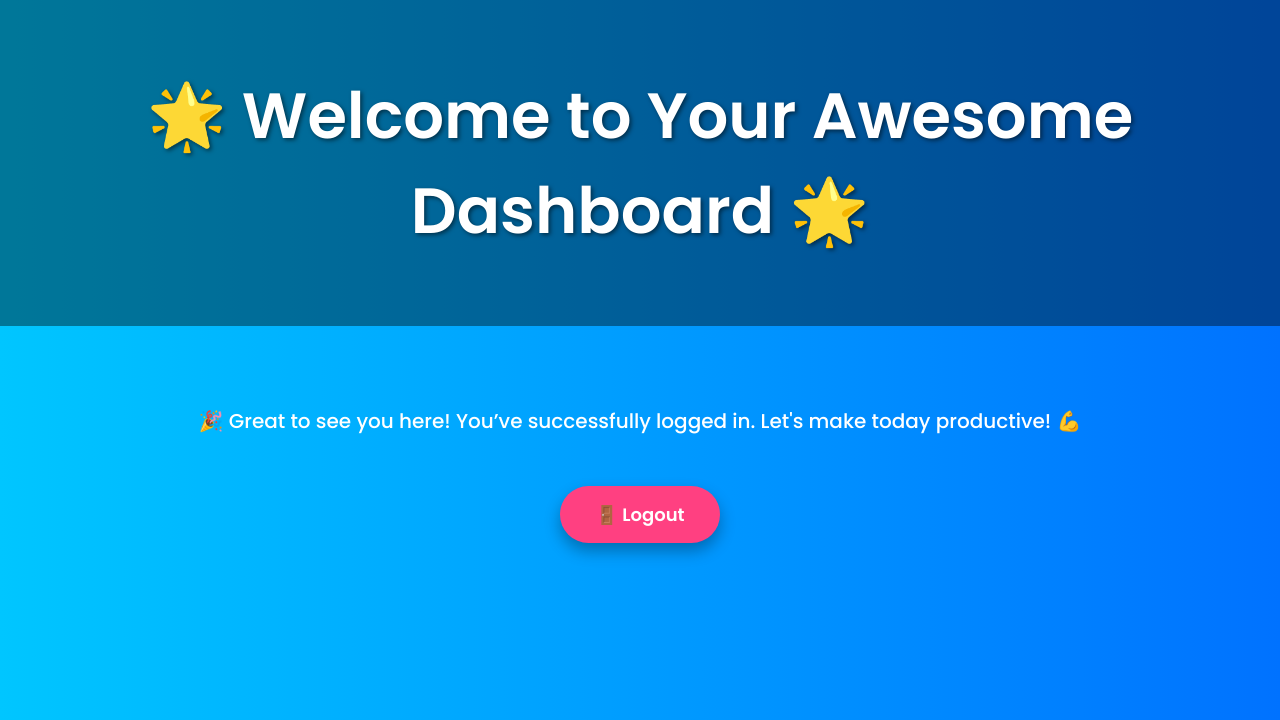
Repository: aakanksha4a/HoneySecure
Page: http://localhost/HoneySecure/welcome.jsp
The author's editor kept a copy of each file at every save. The page is drawn from the files as they stood at one save, then again after the next save.
The browser window is 1280 px wide. The pictures show the whole page.
The page is served by Tomcat 10.

Above is the page before, as saved 2025-04-21 08:36:37.

After the next save:
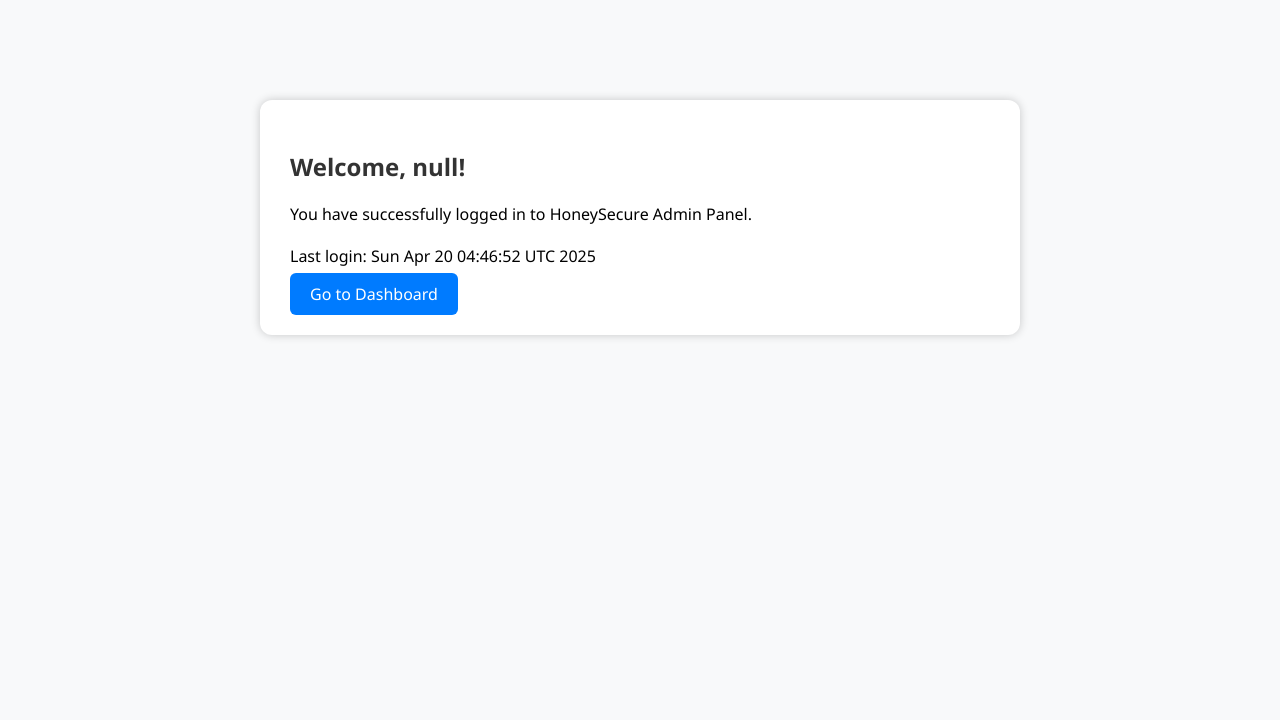
Saved 7 h 55 min later.
--- a/HoneySecure/src/main/webapp/welcome.jsp
+++ b/HoneySecure/src/main/webapp/welcome.jsp
@@ -1,74 +1,44 @@
-<%@ page contentType="text/html; charset=UTF-8" language="java" %>
-<html lang="en">
+<%@ page contentType="text/html;charset=UTF-8" %>
+<%@ page import="java.util.Date" %>
+<!DOCTYPE html>
+<html>
 <head>
-    <meta charset="UTF-8">
-    <meta name="viewport" content="width=device-width, initial-scale=1.0">
-    <title>Welcome</title>
+    <title>Welcome | HoneySecure Dashboard</title>
     <style>
-        @import url('https://fonts.googleapis.com/css2?family=Poppins:wght@500;600&display=swap');
-
         body {
-            font-family: 'Poppins', sans-serif;
-            background: linear-gradient(to right, #00c6ff, #0072ff);
-            margin: 0;
-            padding: 0;
+            font-family: 'Segoe UI', Tahoma, Geneva, Verdana, sans-serif;
+            background-color: #f8f9fa;
+        }
+        .container {
+            max-width: 700px;
+            margin: 100px auto;
+            padding: 30px;
+            background: #fff;
+            border-radius: 12px;
+            box-shadow: 0 0 10px rgba(0,0,0,0.2);
+        }
+        h2 {
+            color: #333;
+        }
+        .info {
+            margin-top: 20px;
+        }
+        .button {
+            background-color: #007bff;
             color: white;
-            animation: fadeIn 1.2s ease-in;
-        }
-
-        .header {
-            background: rgba(0, 0, 0, 0.4);
-            padding: 25px;
-            text-align: center;
-            font-size: 32px;
-            font-weight: 600;
-            text-shadow: 2px 2px 4px rgba(0, 0, 0, 0.5);
-        }
-
-        .content {
-            text-align: center;
-            margin-top: 80px;
-            font-size: 20px;
-            animation: slideUp 1s ease-out;
-        }
-
-        .btn {
-            display: inline-block;
-            margin-top: 30px;
-            padding: 15px 35px;
-            background-color: #ff4081;
-            color: white;
+            padding: 10px 20px;
             text-decoration: none;
-            border-radius: 30px;
-            font-size: 18px;
-            font-weight: bold;
-            box-shadow: 0 8px 16px rgba(0,0,0,0.3);
-            transition: all 0.3s ease;
-        }
-
-        .btn:hover {
-            background-color: #f50057;
-            transform: scale(1.05);
-        }
-
-        @keyframes fadeIn {
-            from { opacity: 0; }
-            to { opacity: 1; }
-        }
-
-        @keyframes slideUp {
-            from { transform: translateY(50px); opacity: 0; }
-            to { transform: translateY(0); opacity: 1; }
+            border-radius: 6px;
         }
     </style>
 </head>
 <body>
-    <div class="header">
-        <h1>🌟 Welcome to Your Awesome Dashboard 🌟</h1>
-    </div>
-    <div class="content">
-        <p>🎉 Great to see you here! You’ve successfully logged in. Let's make today productive! 💪</p>
-        <a href="logout.jsp" class="btn">🚪 Logout</a>
+    <div class="container">
+        <h2>Welcome, <%= session.getAttribute("username") %>!</h2>
+        <p class="info">You have successfully logged in to HoneySecure Admin Panel.</p>
+        <p class="info">Last login: <%= new Date() %></p>
+
+        <a class="button" href="dashboard.jsp">Go to Dashboard</a>
     </div>
 </body>
 </html>
